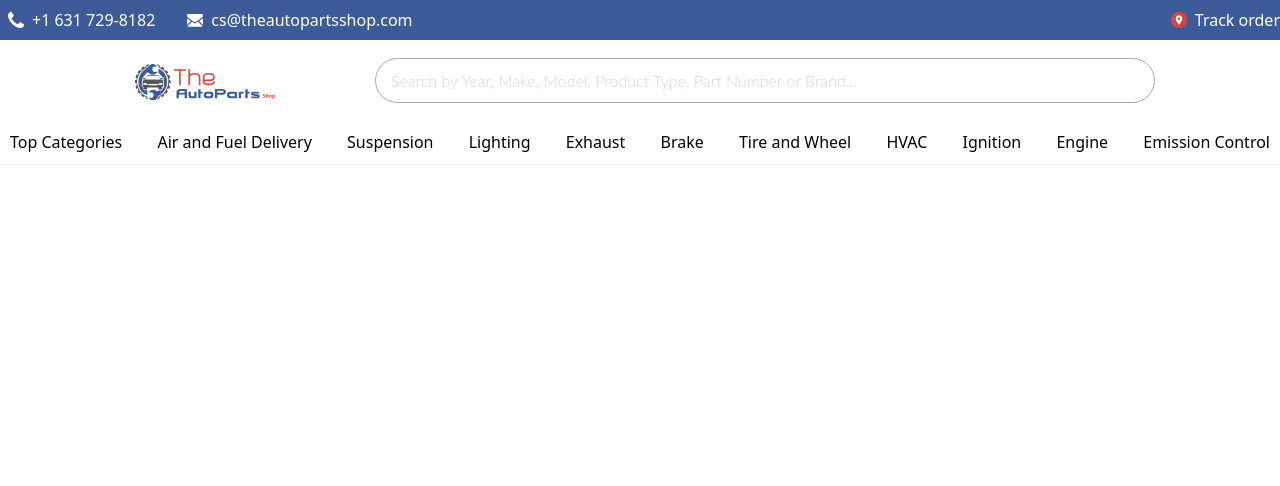
Repository: robindhimanspineor/TAPS-Next
Page: /
These files come from the project's save history. The page is drawn as it stood at one moment and after the next save; the edit follows.
The browser window is 1280 px wide. The pictures show the whole page.
The project was rebuilt for these pictures with package versions that can differ from the ones it lists, and the page was loaded fresh each time. The framework's server and built-in components were replaced by stand-ins that run in the browser. Settings that the repository does not hold, such as keys and server addresses, were given made-up values. Also part of the build but not shown: next.config.js, src/components/common/header/navigation/shoppingcart/cartdropdown.tsx. Imported but missing from the stored project; each was filled with made-up settings or is not used on this page: src/components/common/ClickAwayListener, src/components/common/queries/Cart, src/environment, src/utils/mutations.

Above is the page before, as saved 2021-09-16 17:48:57.

After the next save:
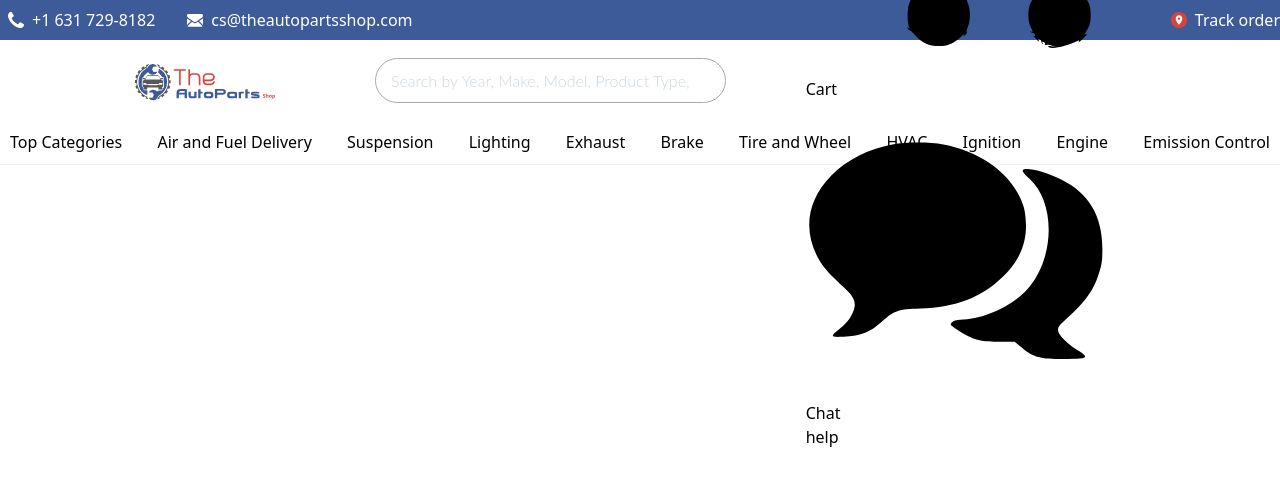
Saved 37 s later.
--- a/src/components/common/header/main-header.tsx
+++ b/src/components/common/header/main-header.tsx
@@ -1,4 +1,5 @@
 import Logo from './logo';
+import Navigation from './navigation/Navigation';
 import SearchBar from './searchbar';
 
 const MainHeader = () => {
@@ -6,7 +7,7 @@ const MainHeader = () => {
     <div className="main-header">
       <Logo />
       <SearchBar />
-      <div className="cart-button"></div>
+      <Navigation />
     </div>
   );
 };
